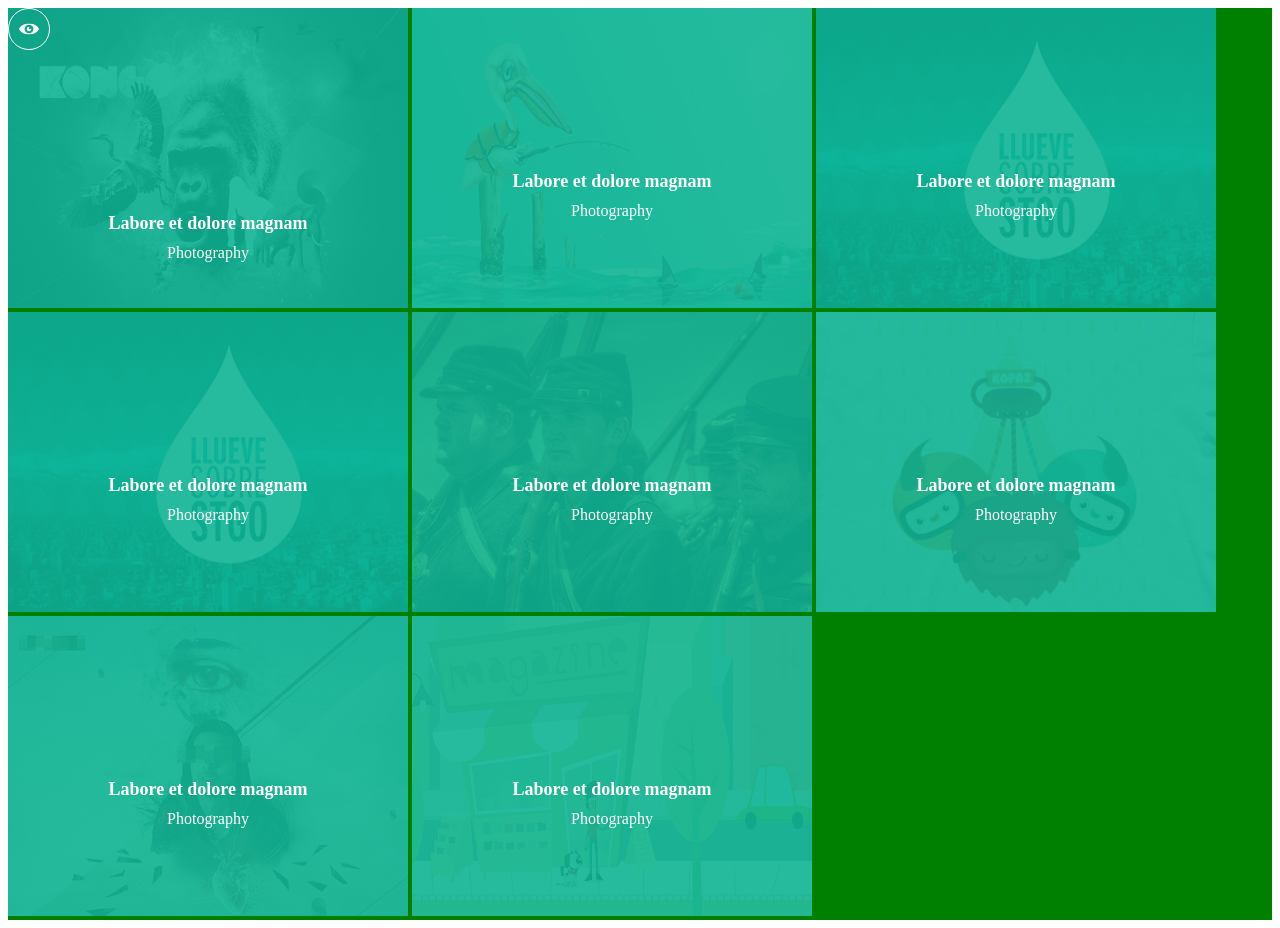
Repository: iravakilova/Brandi
Page: app/works.html
These files come from the project's save history. The page is drawn as it stood at one moment and after the next save; the edit follows.
The browser window is 1280 px wide. The pictures show the whole page.

Above is the page before, as saved 2020-02-16 22:01:09.

### app/works.html
<!DOCTYPE html>
<html lang="en">
<head>
    <meta charset="UTF-8">
    <meta name="viewport" content="width=device-width, initial-scale=1.0">
    <title>works</title>
</head>
<style>
    .gallery{
        background: green;
        max-width: 1600px;
    }
    .gallery ul, .gallery li{
        margin: 0;
        padding: 0;
        list-style: none;
    }
    .gallery ul{
        width: 100%;
    }
    .gallery li{
        display: inline-block;
        position: relative;
    }
    .gallery img{
        max-width: 100%;
        width: 400px;
        height: 300px;
        display: block;
    }
    .ladore{
        opacity: 1;
        position: absolute;
        top: 0;
        left: 0;
        width: 100%;
        height: 100%;
        background-image: url(./img/labore.png);
        color: #fff;
        text-align: center;
        transition: all .5s;
    }
    .ladore__img img{
        padding-top: 94px;
        width: 20px;
        height: 12px;
        padding: 14px 10px;
        border: 1px solid #fff;
        border-radius: 50%;
        text-align: center;
        /* position: absolute;
        top: 50%;
        left: 50%;
        margin-right: -50%;
        transform: translate(-50%, -50%);     */
    }
    .ladore__title{
        padding-top: 163px;
        padding-bottom: 10px;
        font-family: "OpenSans", "OpenSans-Bold", "AdobeInvisFont", "MyriadPro-Regular";
        font-size: 18px;
        font-weight: bold;
        margin: 0;
    }
    .ladore__descr{
        margin: 0;
    }
    .gallery li:hover .ladore{
        opacity: 1;
    }
    /* .ladore{
        width: 400px;
        height: 300px;
        text-align: center;
        position: relative;
    }
    .ladore__inner{
        position: absolute;
        top: 50%;
        left: 50%;
        margin-right: -50%;
        transform: translate(-50%, -50%);
        color: #fff;
    }
        .ladore__img{
        padding: 14px 10px;
        border: 1px solid #fff;
        border-radius: 50%;
        margin-bottom: 29px;
    }
     */
</style>
<body>
    <div class="gallery">
        <ul>
            <li>
                <div class="box">
                    <div class="ladore">
                        <div class="ladore__img">
                            <img src="./img/eye.png" alt="">
                        </div>
                        <h4 class="ladore__title">Labore et dolore magnam</h4>
                        <p class="ladore__descr">Photography</p>
                    </div>
                    <img src="./img/works-1.png" alt="">
                </div>

            </li>
            <li>
                <div class="example">
                    <img src="./img/works-2.png" alt="">
                    <div class="ladore">
                        <div class="ladore__inner">
                            <!-- <img class="ladore__img" src="./img/eye.png" alt=""> -->
                            <h4 class="ladore__title">Labore et dolore magnam</h4>
                            <p class="ladore__descr">Photography</p>
                        </div>
                    </div>
                </div>
            </li>
            <li>
                <div class="example">
                    <img src="./img/works-4.png" alt="">
                    <div class="ladore">
                        <div class="ladore__inner">
                            <!-- <img class="ladore__img" src="./img/eye.png" alt=""> -->
                            <h4 class="ladore__title">Labore et dolore magnam</h4>
                            <p class="ladore__descr">Photography</p>
                        </div>
                    </div>
                </div>
            </li>
            <li>
                <div class="example">
                    <img src="./img/works-4.png" alt="">
                    <div class="ladore">
                        <div class="ladore__inner">
                            <!-- <img class="ladore__img" src="./img/eye.png" alt=""> -->
                            <h4 class="ladore__title">Labore et dolore magnam</h4>
                            <p class="ladore__descr">Photography</p>
                        </div>
                    </div>
                </div>
            </li>
            <li>
                <div class="example">
                    <img src="./img/works-5.png" alt="">
                    <div class="ladore">
                        <div class="ladore__inner">
                            <!-- <img class="ladore__img" src="./img/eye.png" alt=""> -->
                            <h4 class="ladore__title">Labore et dolore magnam</h4>
                            <p class="ladore__descr">Photography</p>
                        </div>
                    </div>
                </div>
            </li>
            <li>
                <div class="example">
                    <img src="./img/works-6.png" alt="">
                    <div class="ladore">
                        <div class="ladore__inner">
                            <!-- <img class="ladore__img" src="./img/eye.png" alt=""> -->
                            <h4 class="ladore__title">Labore et dolore magnam</h4>
                            <p class="ladore__descr">Photography</p>
                        </div>
                    </div>
                </div>
            </li>
            <li>
                <div class="example">
                    <img src="./img/works-7.png" alt="">
                    <div class="ladore">
                        <div class="ladore__inner">
                            <!-- <img class="ladore__img" src="./img/eye.png" alt=""> -->
                            <h4 class="ladore__title">Labore et dolore magnam</h4>
                            <p class="ladore__descr">Photography</p>
                        </div>
                    </div>
                </div>
            </li>
            <li>
                <div class="example">
                    <img src="./img/works-8.png" alt="">
                    <div class="ladore">
                        <div class="ladore__inner">
                            <!-- <img class="ladore__img" src="./img/eye.png" alt=""> -->
                            <h4 class="ladore__title">Labore et dolore magnam</h4>
                            <p class="ladore__descr">Photography</p>
                        </div>
                    </div>
                </div>
            </li>
        </ul>
    </div>
</body>
</html>

After the next save:
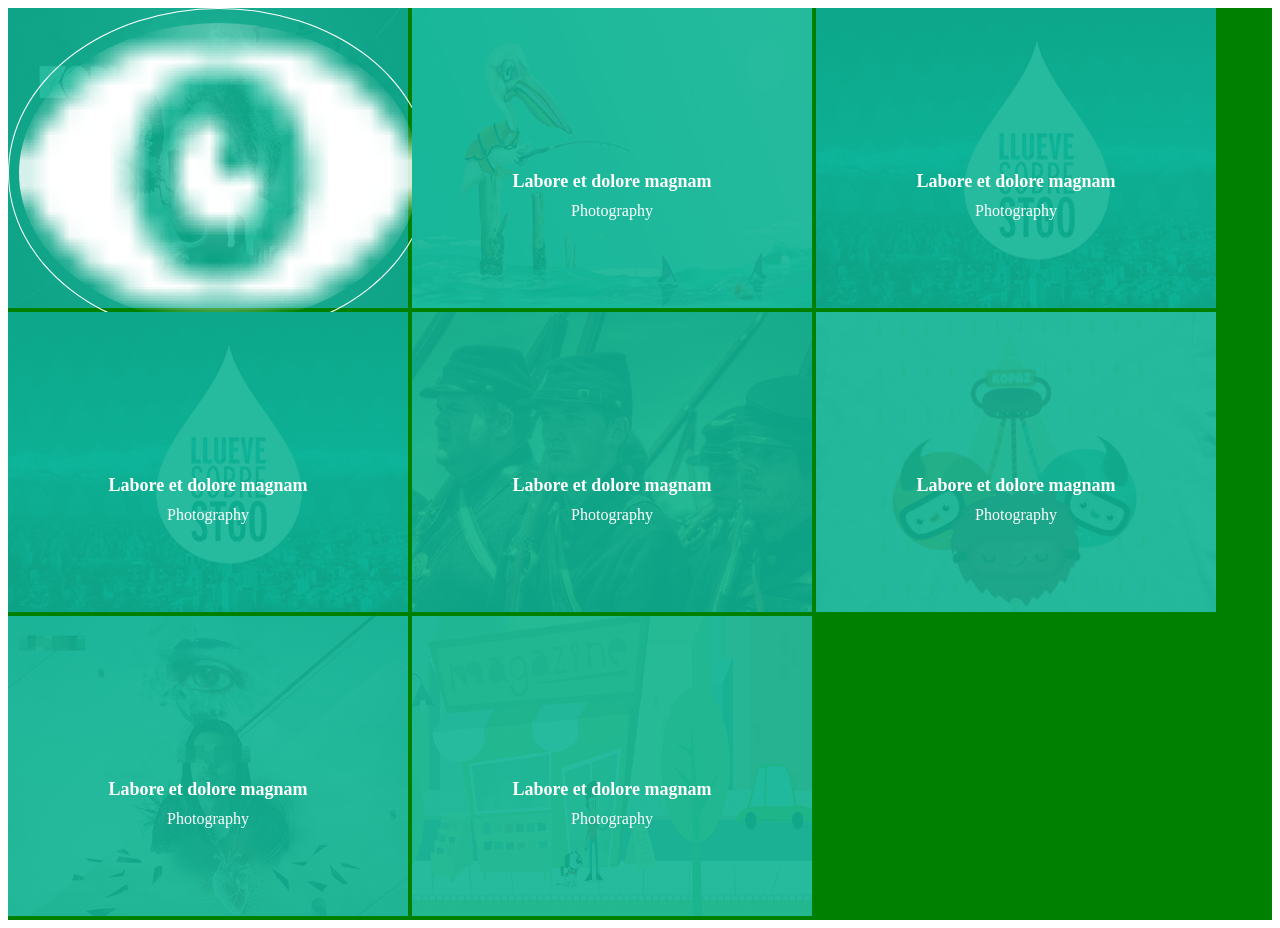
Saved 40 s later.
--- a/app/works.html
+++ b/app/works.html
@@ -40,7 +40,7 @@
         text-align: center;
         transition: all .5s;
     }
-    .ladore__img img{
+    .eye{
         padding-top: 94px;
         width: 20px;
         height: 12px;
@@ -97,7 +97,7 @@
                 <div class="box">
                     <div class="ladore">
                         <div class="ladore__img">
-                            <img src="./img/eye.png" alt="">
+                            <img class="eye" src="./img/eye.png" alt="">
                         </div>
                         <h4 class="ladore__title">Labore et dolore magnam</h4>
                         <p class="ladore__descr">Photography</p>

After the 2 saves that followed:
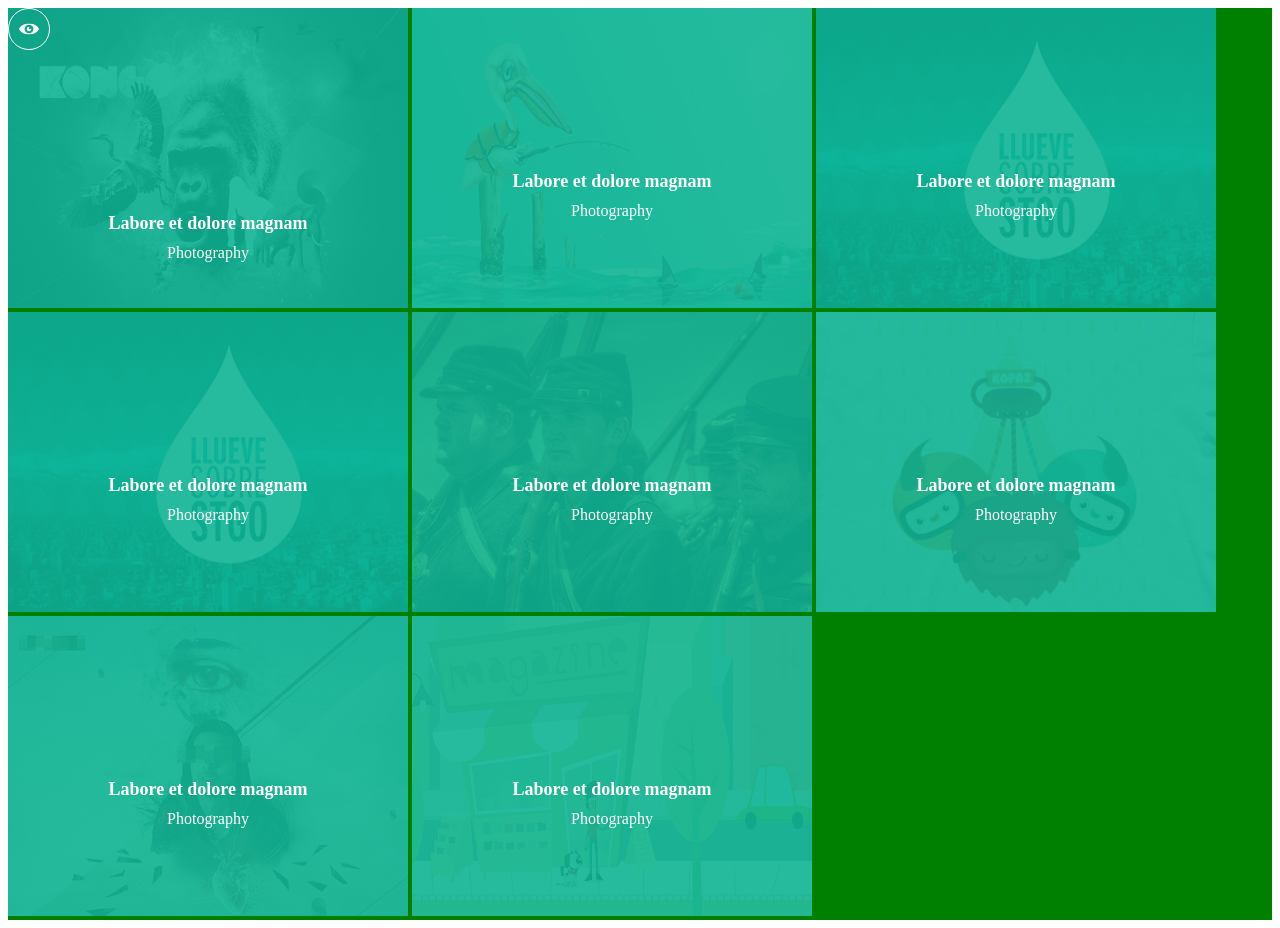
The 2 saves are shown as one change because 1 left the picture as it was.
The last was saved 15 s later.
--- a/app/works.html
+++ b/app/works.html
@@ -40,7 +40,7 @@
         text-align: center;
         transition: all .5s;
     }
-    .eye{
+    .ladore__img img{
         padding-top: 94px;
         width: 20px;
         height: 12px;
